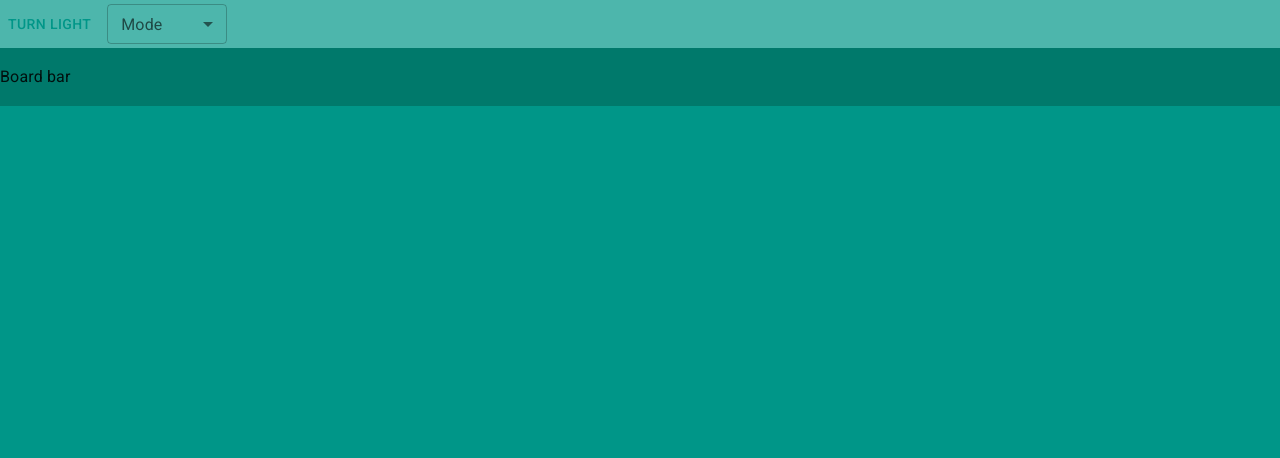
Repository: kieuduc123/trello_web
Page: /
An editor plug-in stored every save of this project. The page is shown before and after the next save, followed by the edit.
The browser window is 1280 px wide. The pictures show the whole page.
The project was rebuilt for these pictures with package versions that can differ from the ones it lists, and the page was loaded fresh each time. Also part of the build but not shown: vite.config.js.

Above is the page before, as saved 2024-03-14 22:34:54.

After the next save:
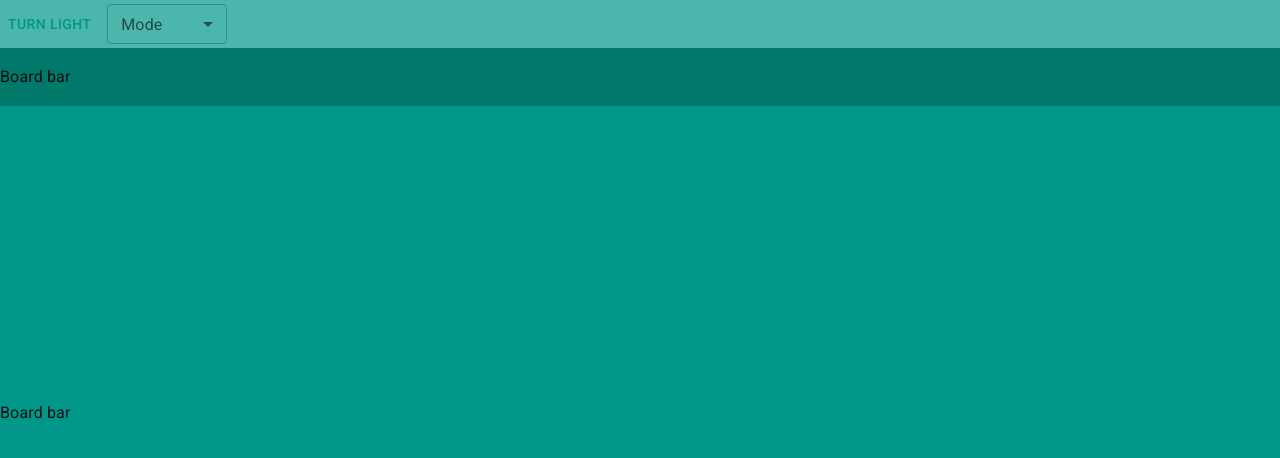
Saved 14 s later.
--- a/src/pages/Boards/_id.jsx
+++ b/src/pages/Boards/_id.jsx
@@ -3,6 +3,7 @@
 import ModeToggle from '../../components/ModeSelect/ModeToggle';
 import AppBar from '../../components/AppBar';
 import BoardBar from './BoardBar';
+import BoardContent from './BoardContent';
 
 
 const BoardDetail = () => {
@@ -10,7 +11,7 @@
     <Container disableGutters maxWidth={false} sx={{ height: ' 100vh', backgroundColor: 'primary.main' }}>
      <AppBar/>
       <BoardBar/>
-
+     <BoardContent/>
    </Container>
   );
 };
